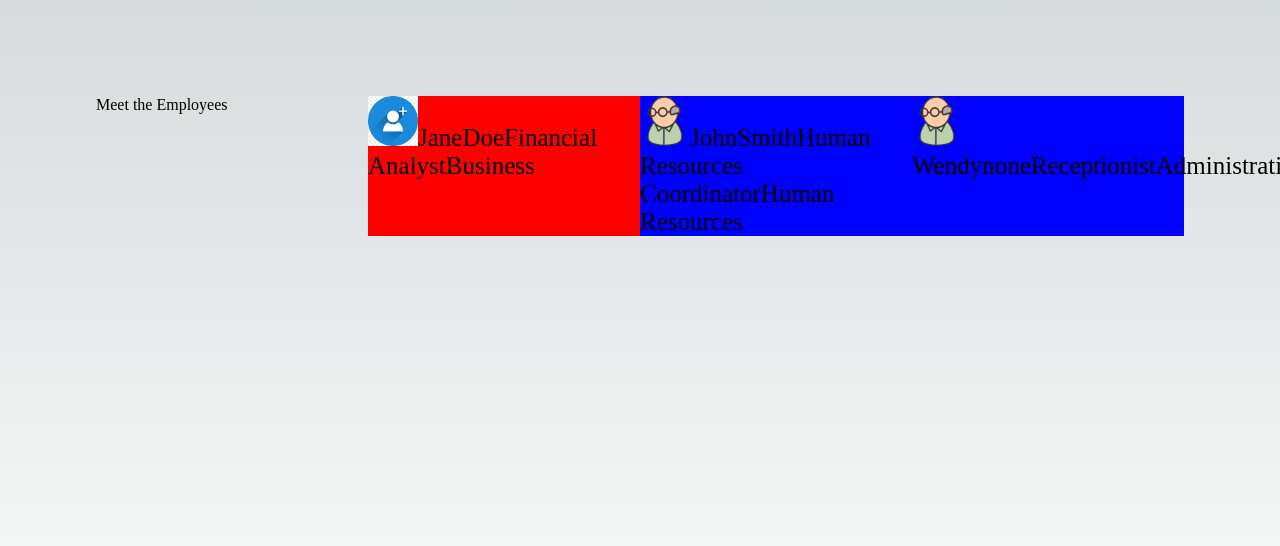
Repository: cheungglenda/MDIA2109-Week3
Page: /about
These files come from the project's save history. The page is drawn as it stood at one moment and after the next save; the edit follows.
The browser window is 1280 px wide. The pictures show the whole page.
The project was rebuilt for these pictures with package versions that can differ from the ones it lists, and the page was loaded fresh each time. The framework's server and built-in components were replaced by stand-ins that run in the browser. Also part of the build but not shown: next.config.js.

Above is the page before, as saved 2023-01-19 17:22:40.

After the next save:
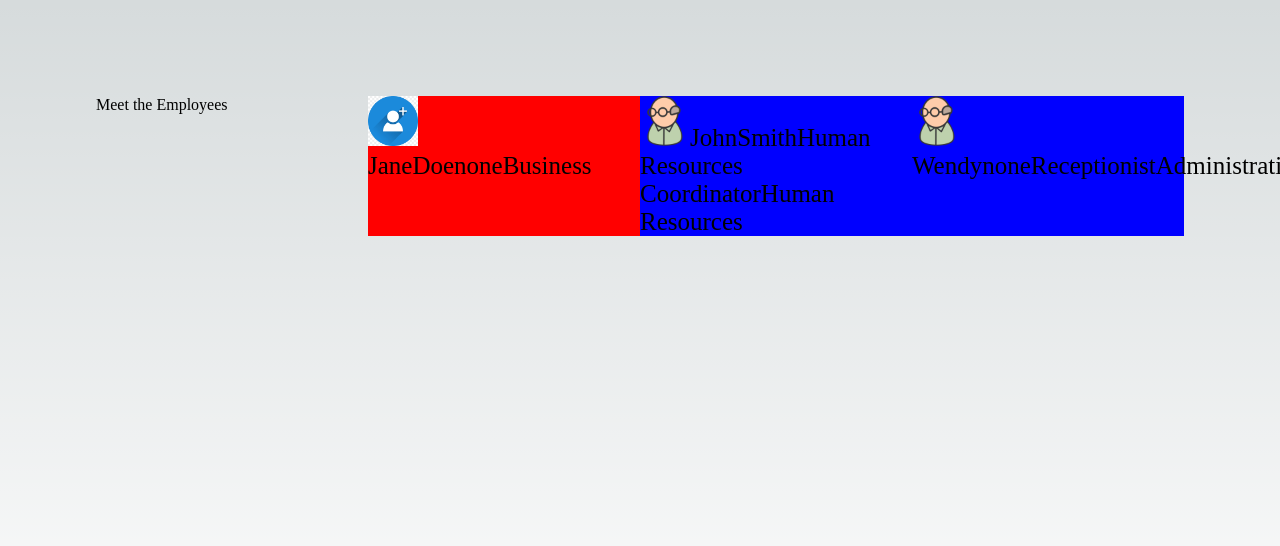
Saved 17 s later.
--- a/data/about.json
+++ b/data/about.json
@@ -3,21 +3,21 @@
         "firstName": "Jane",
         "lastName": "Doe",
         "department": "Business",
-        "jobtitle": "Financial Analyst",
-        "years": 3
+        "jobTitle": "Financial Analyst",
+        "yearsWorked": 3
     },
     {
         "firstName": "John",
         "lastName": "Smith",
         "department": "Human Resources",
         "jobTitle": "Human Resources Coordinator",
-        "years": 4
+        "yearsWorked": 4
     },
     {
         "firstName": "Wendy",
         "lastName": "Lee",
         "department": "Administration",
         "jobTitle": "Receptionist",
-        "years": 8
+        "yearsWorked": 8
     }
 ]

After the 2 saves that followed:
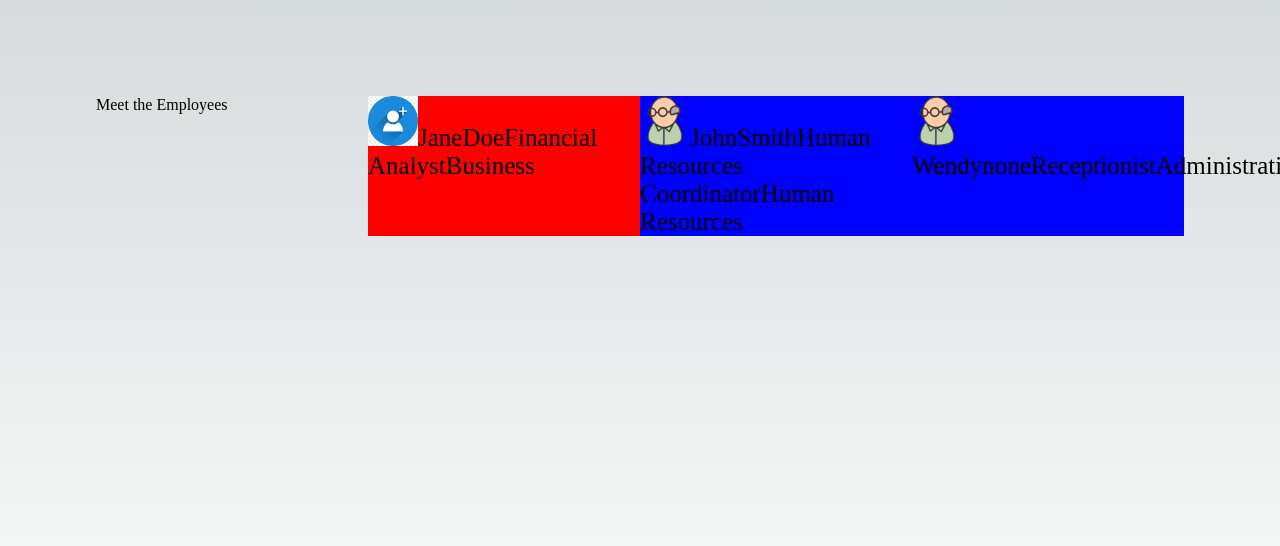
The 2 saves are shown as one change because 1 left the picture as it was.
The last was saved 10 s later.
--- a/pages/about.js
+++ b/pages/about.js
@@ -29,9 +29,9 @@ export default function About() {
               key={index}
               firstname={info.firstName}
               lastname={info.lastName}
-              jobtitle={info.jobtitle}
+              jobtitle={info.jobTitle}
               department={info.department}
-              yearsworked={info.years}
+              yearsworked={info.yearsWorked}
               color="red" font="25px"/>
             )
           }
@@ -46,7 +46,7 @@ export default function About() {
               lastname={info.lastName}
               jobtitle={info.jobTitle}
               department={info.department}
-              yearsworked={info.years}
+              yearsworked={info.yearsWorked}
               color="blue" font="25px"/>
             )
           }
